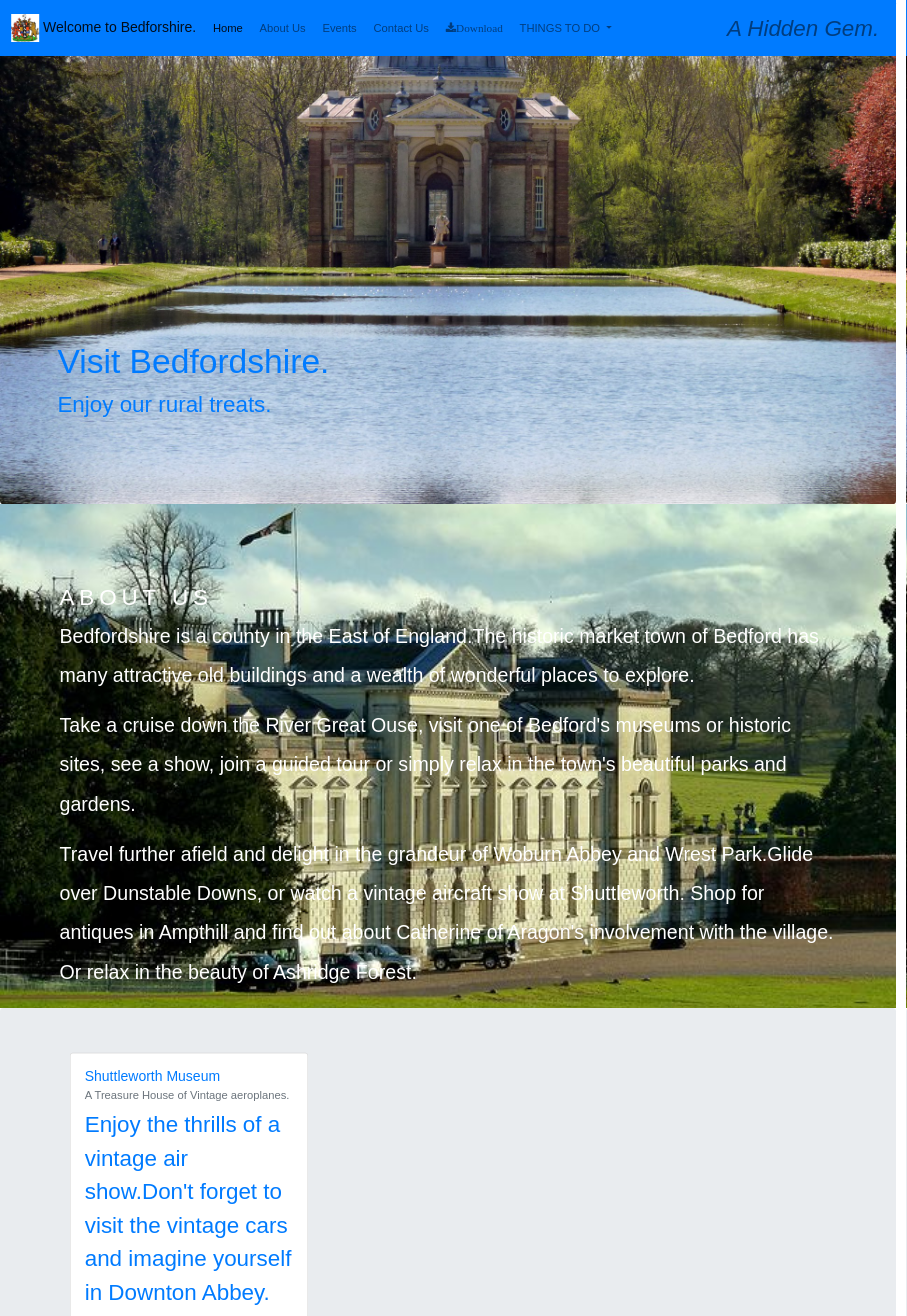
Repository: margaretalice/wrest
Page: index.html
The author's editor kept a record of every edit. The page is drawn from the files as they stood at one moment, then again after the next edit.
The browser window is 1280 px wide. The page is 1295 px wide, so the pictures cover 1295 px, including what lies to the right of the window. The pictures show the part of the page from y = 0 to 1880 px (the page is 5794 px tall), at 70% of full size.
Backgrounds fixed to the window are drawn as part of the page.

Above is the page before.

After the next edit:
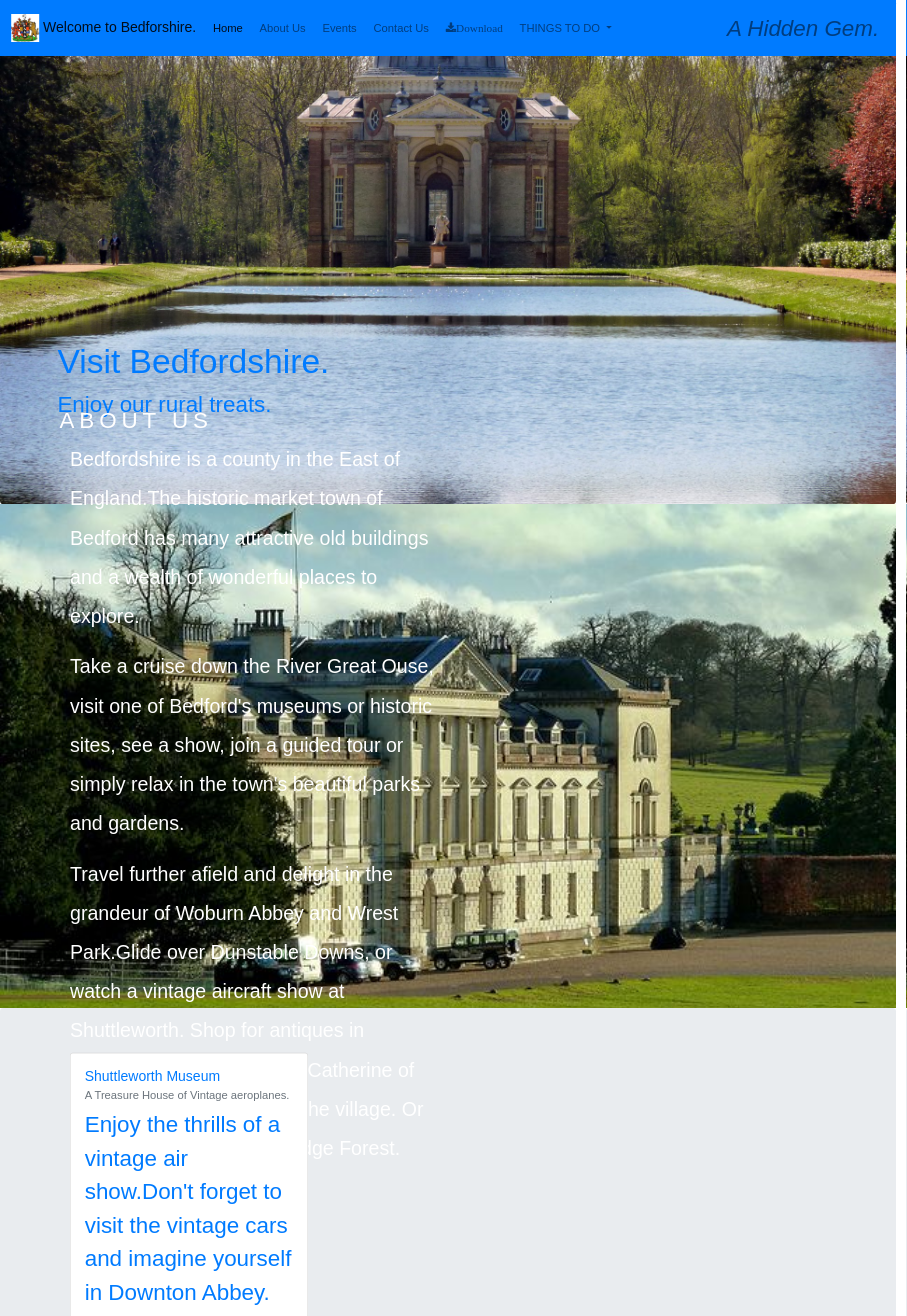
The edit:
--- a/index.html
+++ b/index.html
@@ -103,11 +103,12 @@
                 <h2>About Us</h2>
 
             </div>
-
-
-                <p class='about-p'col-sm-scroll>Bedfordshire is a county in the East of England.The historic market town of Bedford has many attractive old buildings and a wealth of wonderful places to explore.</p>
-
-                <p class='about-p'col=sm-scroll >Take a cruise down the River Great Ouse, visit one of Bedford's museums or historic sites, see a show, join a guided tour or simply relax in the town's beautiful parks and gardens.</P>
+            <div class="col-xs-hidden col-sm-6">
+
+
+                <p class='about-p'>Bedfordshire is a county in the East of England.The historic market town of Bedford has many attractive old buildings and a wealth of wonderful places to explore.</p>
+
+                <p class='about-p'>Take a cruise down the River Great Ouse, visit one of Bedford's museums or historic sites, see a show, join a guided tour or simply relax in the town's beautiful parks and gardens.</P>
 
 
 
